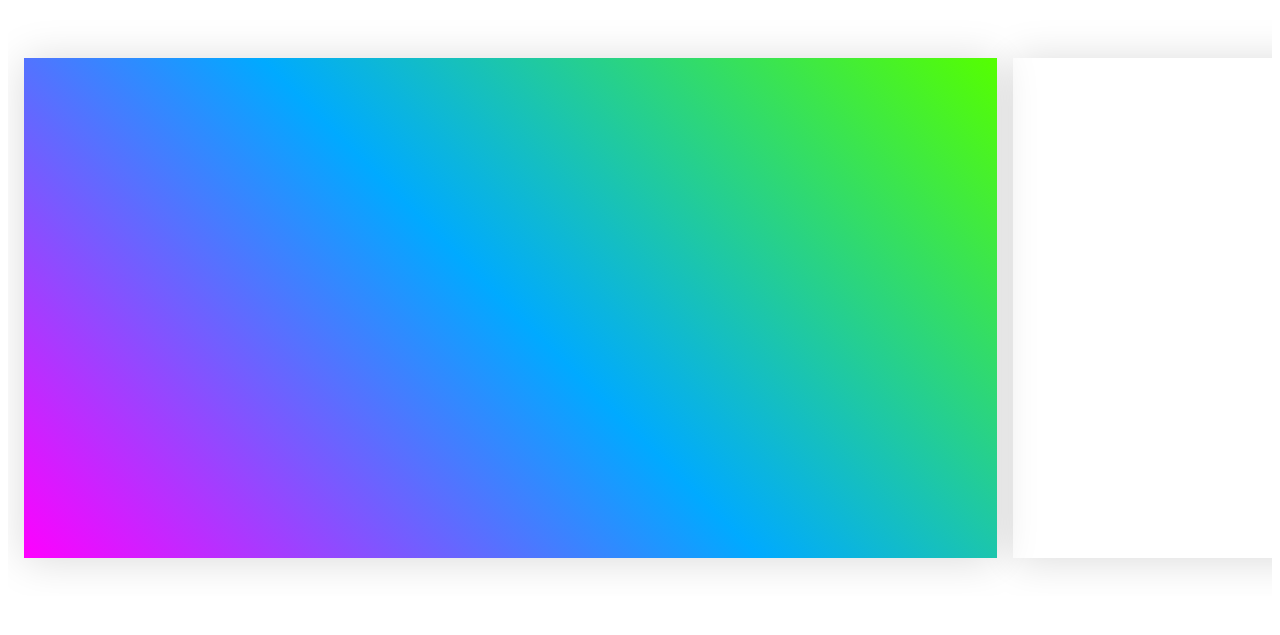
Repository: lzh15378738622/scroll-snap
Page: index.html
An editor plug-in stored every save of this project. The page is shown before and after the next save, followed by the edit.
The browser window is 1280 px wide. The pictures show the whole page.

Above is the page before, as saved 2022-02-26 23:24:30.

After the next save:
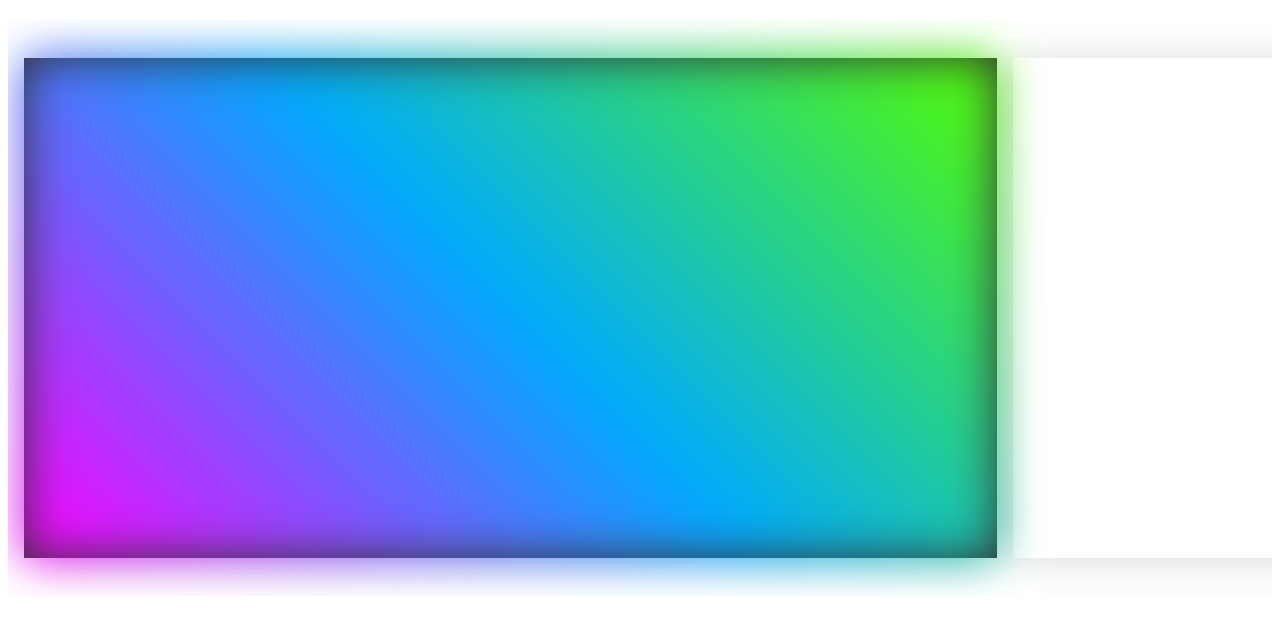
Saved 67 s later.
--- a/style.css
+++ b/style.css
@@ -41,5 +41,6 @@
         hsl(200deg,100%,50%),
         hsl(100deg,100%,50%)
         );
+        filter: blur(24px);
 
       }
